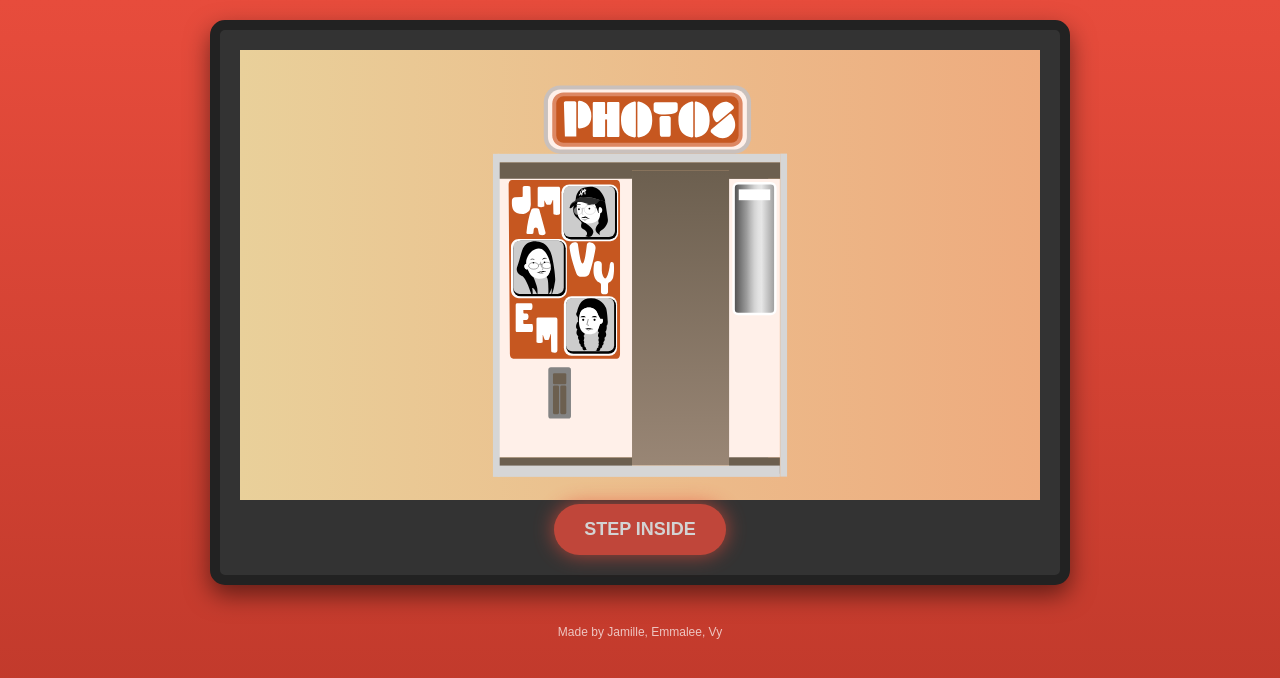
Repository: Strawb3rryjam/QuickSnip
Page: index.html
The author's editor kept a copy of each file at every save. The page is drawn from the files as they stood at one save, then again after the next save.
The browser window is 1280 px wide. The pictures show the whole page.

Above is the page before, as saved 2025-05-08 13:48:21.

After the next save:
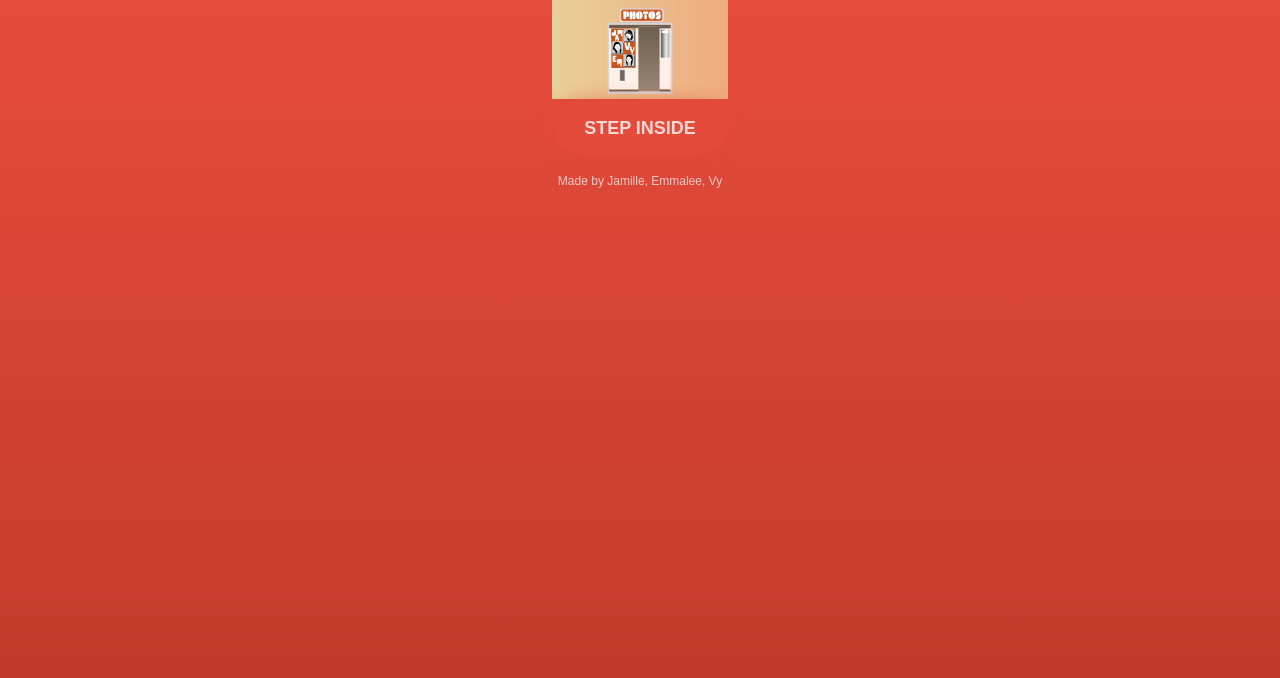
Saved 28 s later.
--- a/styles.css
+++ b/styles.css
@@ -18,135 +18,6 @@
   font-size: 2.5rem;
   text-shadow: 3px 3px 0px rgba(0, 0, 0, 0.3);
   margin-bottom: 5px;
-}
-
-.container {
-  max-width: 800px;
-  width: 95%;
-  background-color: #333;
-  border-radius: 15px;
-  padding: 20px;
-  box-shadow: 0 10px 25px rgba(0, 0, 0, 0.5);
-  margin: 20px 0;
-  border: 10px solid #222;
-  position: relative;
-}
-
-/* Photobooth Exterior Styling */
-.photobooth-exterior {
-  width: 100%;
-  height: 500px;
-  position: relative;
-  display: flex;
-  flex-direction: column;
-  background-color: #222;
-  border-radius: 8px;
-  overflow: hidden;
-}
-
-.booth-top {
-  height: 80px;
-  background-color: #1a1a1a;
-  display: flex;
-  justify-content: center;
-  align-items: center;
-  border-bottom: 4px solid #c0392b;
-}
-
-.booth-sign {
-  background-color: #e74c3c;
-  color: white;
-  padding: 10px 30px;
-  border-radius: 5px;
-  font-family: 'Impact', sans-serif;
-  letter-spacing: 2px;
-  font-size: 1.5rem;
-  box-shadow: 0 0 15px rgba(231, 76, 60, 0.8);
-  border: 2px solid #fff;
-  animation: glow 2s infinite alternate;
-}
-
-@keyframes glow {
-  from {
-    box-shadow: 0 0 10px rgba(231, 76, 60, 0.8);
-  }
-  to {
-    box-shadow: 0 0 20px rgba(231, 76, 60, 1), 0 0 30px rgba(231, 76, 60, 0.8);
-  }
-}
-
-.booth-curtain {
-  position: absolute;
-  height: 340px;
-  width: 35%;
-  top: 80px;
-  background-image: linear-gradient(to bottom, #8e44ad, #9b59b6);
-  border: 2px solid #7d3c98;
-}
-
-.booth-curtain::before {
-  content: '';
-  position: absolute;
-  top: 0;
-  width: 100%;
-  height: 100%;
-  background: repeating-linear-gradient(
-    0deg,
-    rgba(0, 0, 0, 0.1),
-    rgba(0, 0, 0, 0.1) 10px,
-    rgba(0, 0, 0, 0) 10px,
-    rgba(0, 0, 0, 0) 20px
-  );
-}
-
-.booth-curtain.left {
-  left: 0;
-  border-right: 10px solid #7d3c98;
-  border-top-right-radius: 50px;
-  transform-origin: left;
-  animation: curtainWave 5s ease-in-out infinite alternate;
-}
-
-.booth-curtain.right {
-  right: 0;
-  border-left: 10px solid #7d3c98;
-  border-top-left-radius: 50px;
-  transform-origin: right;
-  animation: curtainWave 5s ease-in-out infinite alternate-reverse;
-}
-
-@keyframes curtainWave {
-  0% {
-    transform: skewY(2deg);
-  }
-  100% {
-    transform: skewY(-2deg);
-  }
-}
-
-.booth-entrance {
-  height: 340px;
-  margin: 0 auto;
-  width: 30%;
-  background-color: #111;
-  position: absolute;
-  top: 80px;
-  left: 50%;
-  transform: translateX(-50%);
-  display: flex;
-  justify-content: center;
-  align-items: center;
-  border-left: 6px solid #7d3c98;
-  border-right: 6px solid #7d3c98;
-}
-
-.booth-base {
-  height: 80px;
-  background-color: #1a1a1a;
-  position: absolute;
-  bottom: 0;
-  width: 100%;
-  border-top: 4px solid #c0392b;
 }
 
 #enterBoothButton {

After the save that followed:
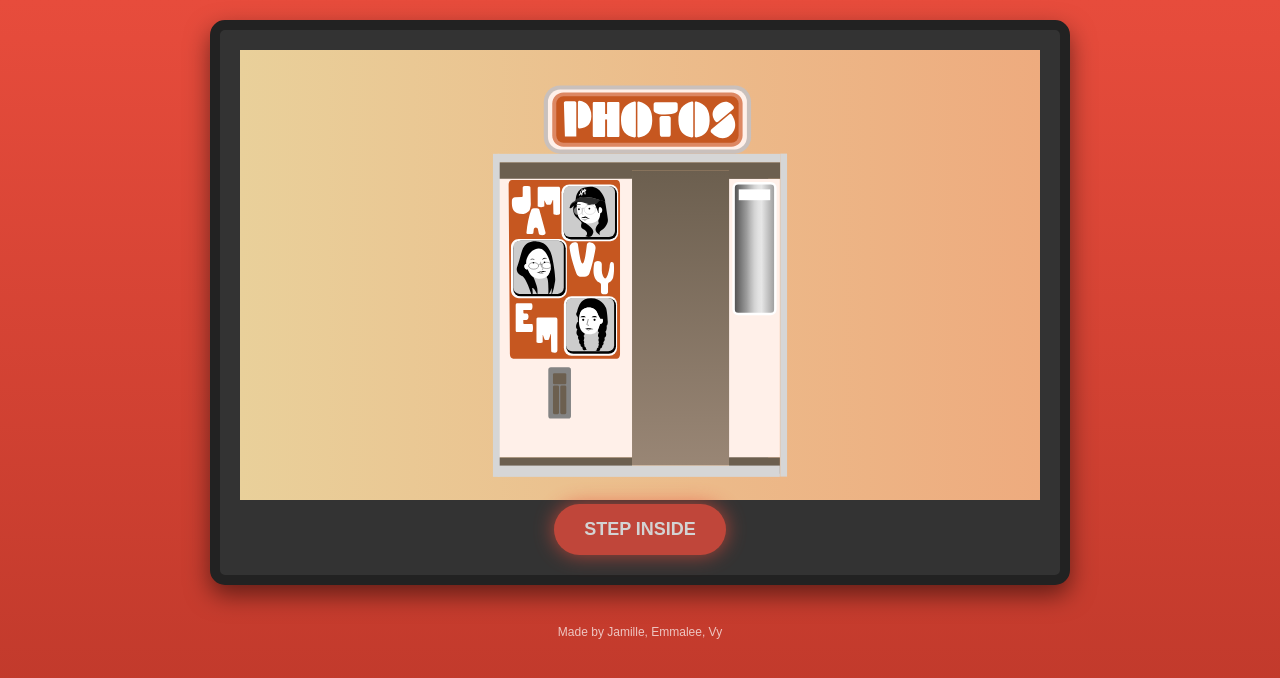
Saved 6 s later.
--- a/styles.css
+++ b/styles.css
@@ -18,6 +18,135 @@
   font-size: 2.5rem;
   text-shadow: 3px 3px 0px rgba(0, 0, 0, 0.3);
   margin-bottom: 5px;
+}
+
+.container {
+  max-width: 800px;
+  width: 95%;
+  background-color: #333;
+  border-radius: 15px;
+  padding: 20px;
+  box-shadow: 0 10px 25px rgba(0, 0, 0, 0.5);
+  margin: 20px 0;
+  border: 10px solid #222;
+  position: relative;
+}
+
+/* Photobooth Exterior Styling */
+.photobooth-exterior {
+  width: 100%;
+  height: 500px;
+  position: relative;
+  display: flex;
+  flex-direction: column;
+  background-color: #222;
+  border-radius: 8px;
+  overflow: hidden;
+}
+
+.booth-top {
+  height: 80px;
+  background-color: #1a1a1a;
+  display: flex;
+  justify-content: center;
+  align-items: center;
+  border-bottom: 4px solid #c0392b;
+}
+
+.booth-sign {
+  background-color: #e74c3c;
+  color: white;
+  padding: 10px 30px;
+  border-radius: 5px;
+  font-family: 'Impact', sans-serif;
+  letter-spacing: 2px;
+  font-size: 1.5rem;
+  box-shadow: 0 0 15px rgba(231, 76, 60, 0.8);
+  border: 2px solid #fff;
+  animation: glow 2s infinite alternate;
+}
+
+@keyframes glow {
+  from {
+    box-shadow: 0 0 10px rgba(231, 76, 60, 0.8);
+  }
+  to {
+    box-shadow: 0 0 20px rgba(231, 76, 60, 1), 0 0 30px rgba(231, 76, 60, 0.8);
+  }
+}
+
+.booth-curtain {
+  position: absolute;
+  height: 340px;
+  width: 35%;
+  top: 80px;
+  background-image: linear-gradient(to bottom, #8e44ad, #9b59b6);
+  border: 2px solid #7d3c98;
+}
+
+.booth-curtain::before {
+  content: '';
+  position: absolute;
+  top: 0;
+  width: 100%;
+  height: 100%;
+  background: repeating-linear-gradient(
+    0deg,
+    rgba(0, 0, 0, 0.1),
+    rgba(0, 0, 0, 0.1) 10px,
+    rgba(0, 0, 0, 0) 10px,
+    rgba(0, 0, 0, 0) 20px
+  );
+}
+
+.booth-curtain.left {
+  left: 0;
+  border-right: 10px solid #7d3c98;
+  border-top-right-radius: 50px;
+  transform-origin: left;
+  animation: curtainWave 5s ease-in-out infinite alternate;
+}
+
+.booth-curtain.right {
+  right: 0;
+  border-left: 10px solid #7d3c98;
+  border-top-left-radius: 50px;
+  transform-origin: right;
+  animation: curtainWave 5s ease-in-out infinite alternate-reverse;
+}
+
+@keyframes curtainWave {
+  0% {
+    transform: skewY(2deg);
+  }
+  100% {
+    transform: skewY(-2deg);
+  }
+}
+
+.booth-entrance {
+  height: 340px;
+  margin: 0 auto;
+  width: 30%;
+  background-color: #111;
+  position: absolute;
+  top: 80px;
+  left: 50%;
+  transform: translateX(-50%);
+  display: flex;
+  justify-content: center;
+  align-items: center;
+  border-left: 6px solid #7d3c98;
+  border-right: 6px solid #7d3c98;
+}
+
+.booth-base {
+  height: 80px;
+  background-color: #1a1a1a;
+  position: absolute;
+  bottom: 0;
+  width: 100%;
+  border-top: 4px solid #c0392b;
 }
 
 #enterBoothButton {
